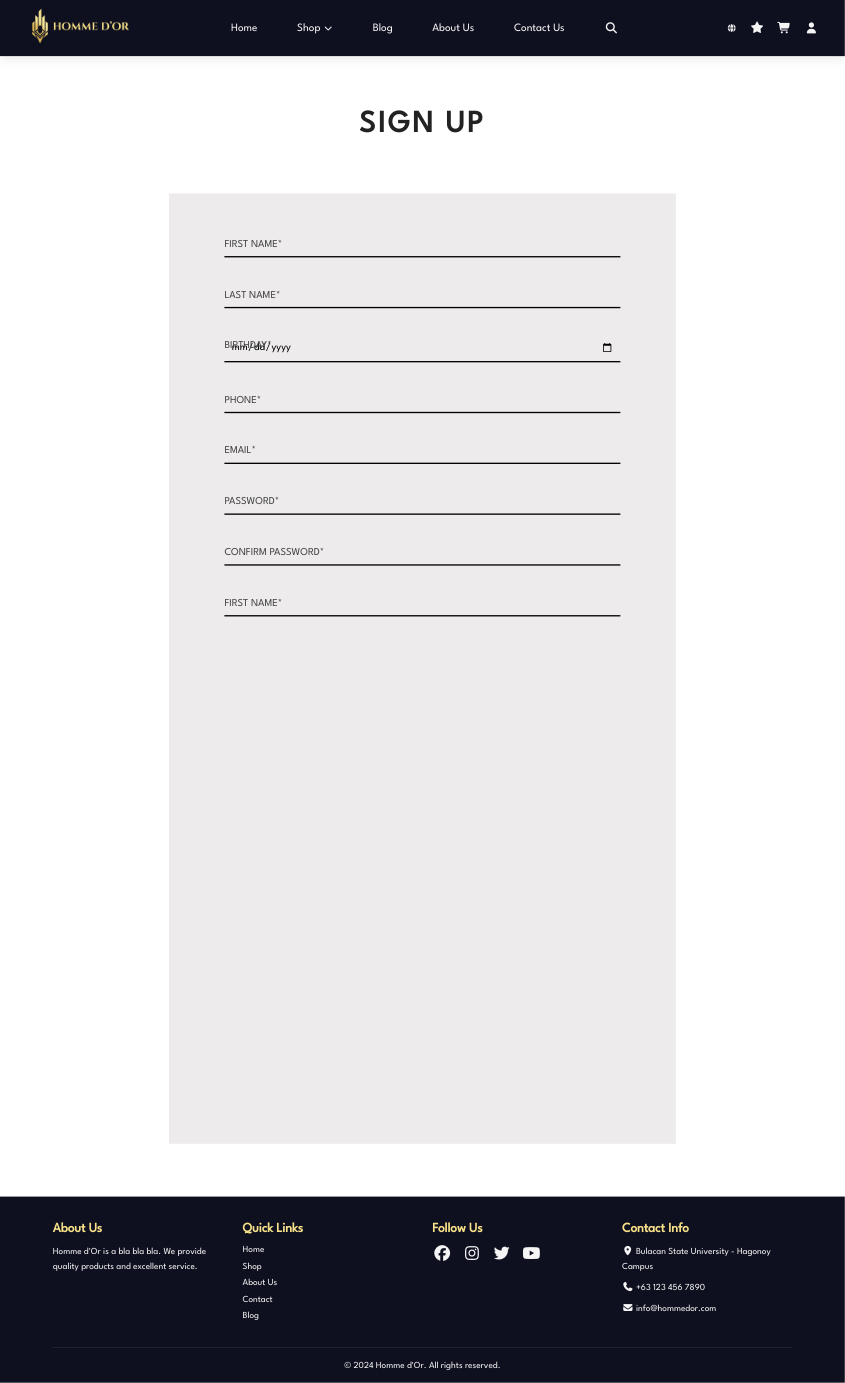
Repository: Izy-Blinken/Homme-d-Or
Page: http://localhost/Homme_dor/pages/signup.php?country=ph
The author's editor kept a copy of each file at every save. The page is drawn from the files as they stood at one save, then again after the next save.
The browser window is 1280 px wide. The pictures show the whole page, at 66% of full size.
The page is run by PHP 8.4 with error messages shown; the project is at /var/www/html/.

Above is the page before, as saved 2026-01-24 20:24:19.

After the next save:
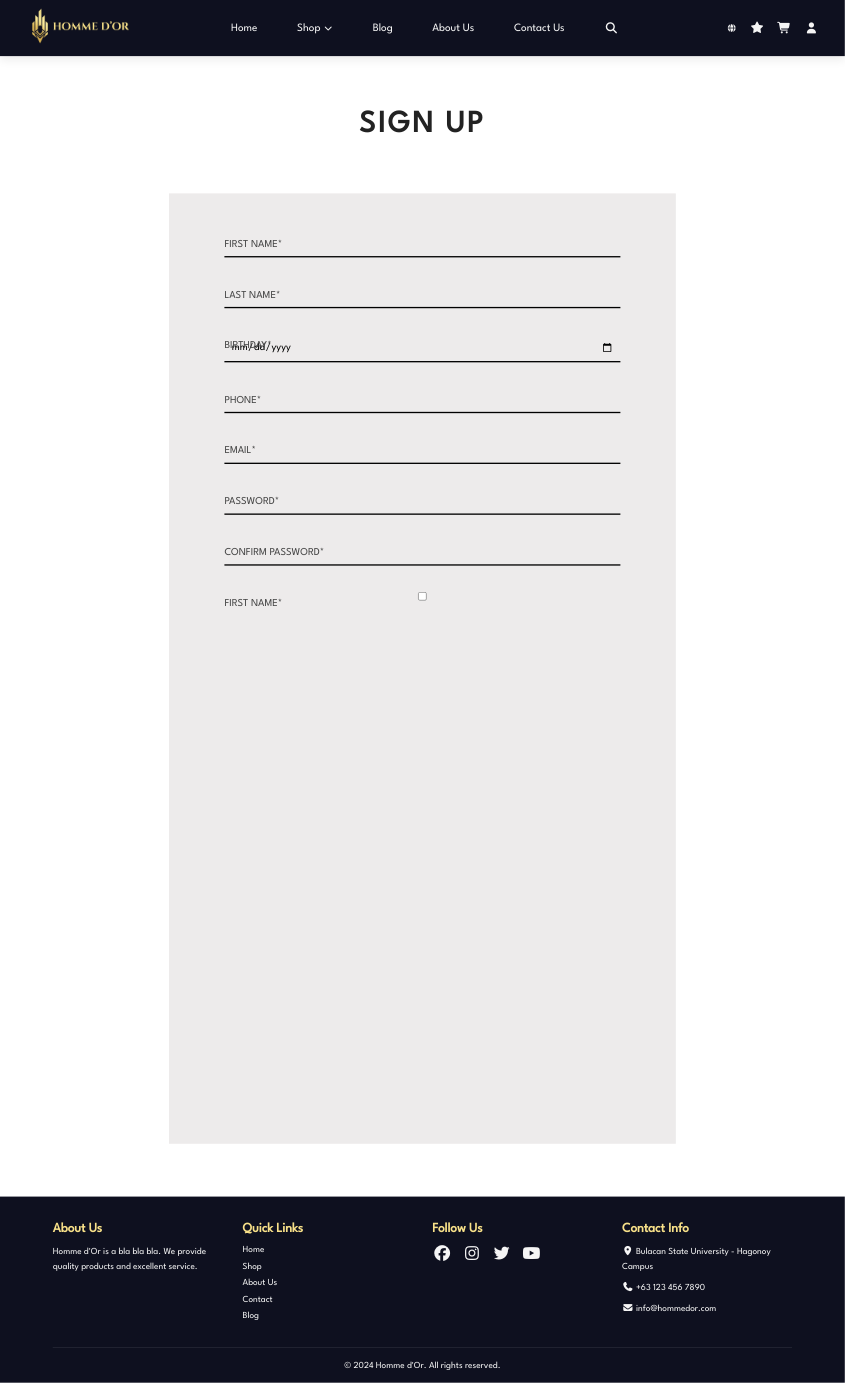
Saved 4 s later.
--- a/pages/signup.php
+++ b/pages/signup.php
@@ -54,7 +54,7 @@
                 </div>
 
                 <div class="inputGroup">
-                    <input type="text" required>
+                    <input type="checkbox" required>
                     <label>FIRST NAME*</label>
                 </div>
 
